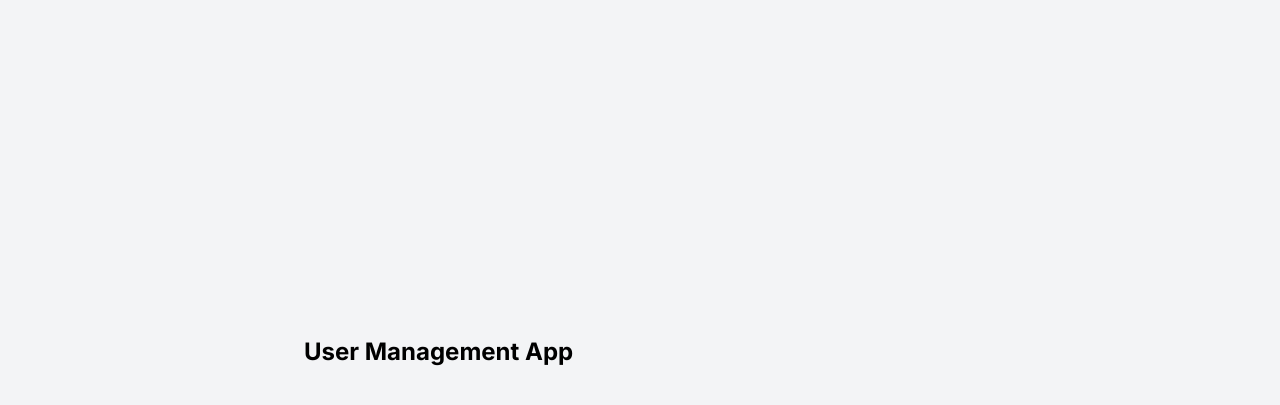
Repository: satoshi-create/next-express
Page: / (app in frontend/)
These files come from the project's save history. The page is drawn as it stood at one moment and after a run of saves; the edit follows.
The browser window is 1280 px wide. The pictures show the whole page.
The page's requests for data from a server got no answer. The project was rebuilt for these pictures with package versions that can differ from the ones it lists, and the page was loaded fresh each time. The framework's server and built-in components were replaced by stand-ins that run in the browser. No one was signed in, and anything a server would have sent is missing. Also part of the build but not shown: frontend/next.config.js, frontend/next.config.mjs, frontend/app/ui/CardComponent.tsx.

Above is the page before, as saved 2024-02-12 22:26:52.

After the next 2 saves:
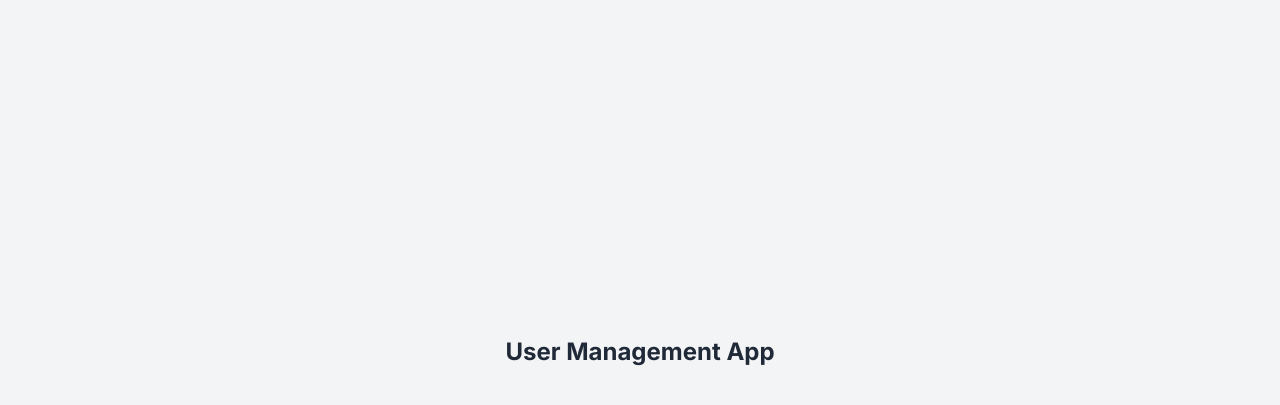
The 2 saves are shown as one change because they came seconds apart.
The last was saved 7 s later.
--- a/frontend/app/page.tsx
+++ b/frontend/app/page.tsx
@@ -42,7 +42,7 @@ const Page = () => {
 
     <main className="flex flex-col items-center justify-center min-h-screen bg-gray-100">
       <div className="space-y-4 w-full max-w-2xl">
-        <h1 className="text-2xl font-bold text-gr">User Management App</h1>
+        <h1 className="text-2xl font-bold text-gray-800 text-center">User Management App</h1>
         {/* Display users */}
         {/* <div className="space-y-2">
         {users.map((user) => (
